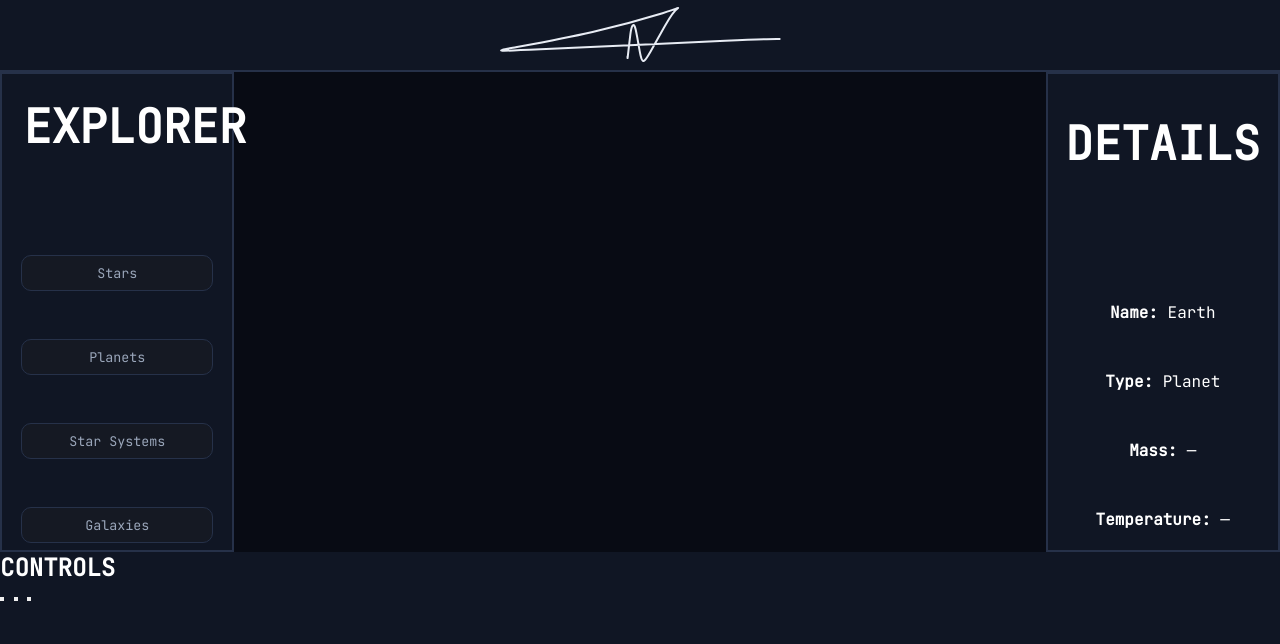
Repository: nico-madruga/Universe
Page: front-end/html/index.html
The author's editor kept a copy of each file at every save. The page is drawn from the files as they stood at one save, then again after the next save.
The browser window is 1280 px wide. The pictures show the whole page.

Above is the page before, as saved 2026-09-28 18:00:13.

After the next save:
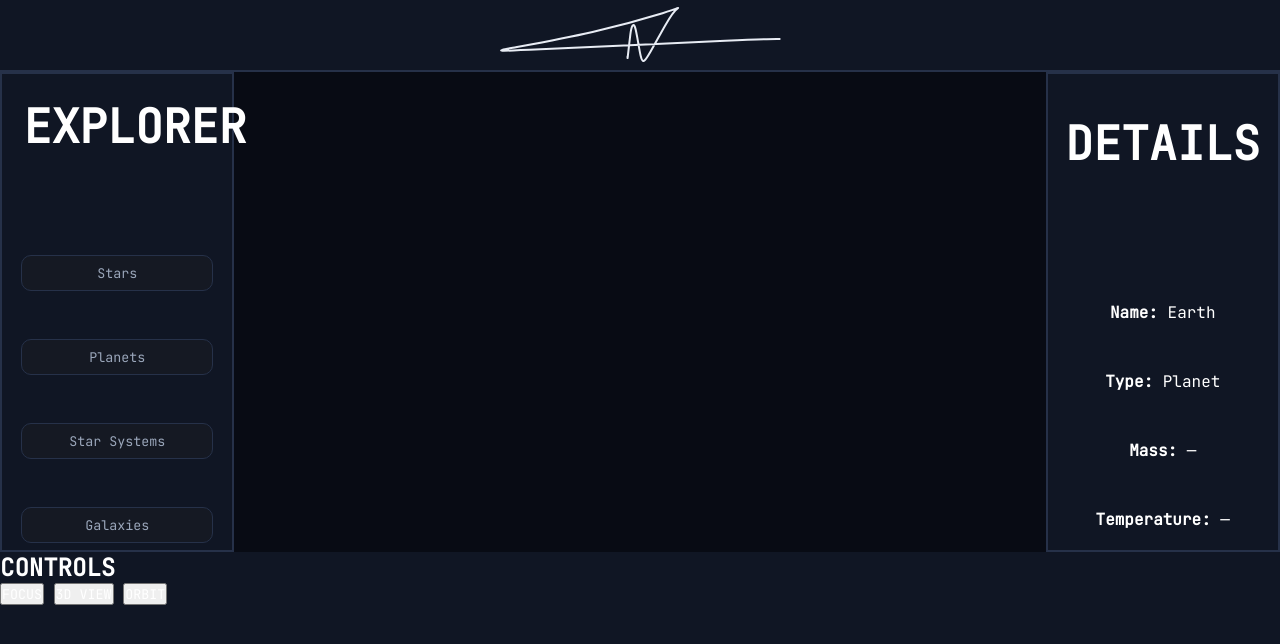
Saved 51 s later.
--- a/front-end/html/index.html
+++ b/front-end/html/index.html
@@ -77,9 +77,9 @@
         <h2>CONTROLS</h2>
 
         <div class="control-buttons">
-            <button></button>
-            <button></button>
-            <button></button>
+            <button class="control-button">FOCUS</button>
+            <button class="control-button">3D VIEW</button>
+            <button class="control-button">ORBIT</button>
         </div>
     </footer>
 
